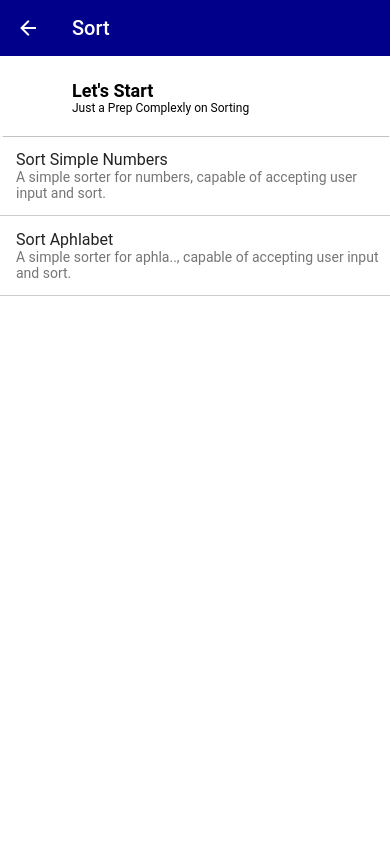
Repository: seyicoded/rn-crazy-algorithm-app
Screen: /, after clicking the first element matching `div.r-transitionProperty-1i6wzkk`
An editor plug-in stored every save of this project. The screen is shown before and after the next save, followed by the edit.
The app was drawn by React Native's web renderer in a window 390 px wide. The project was rebuilt for these pictures with package versions that can differ from the ones it lists, and the page was loaded fresh each time. Also part of the build but not shown: src/screens/filter.js, src/screens/advance.js.

Above is the screen before, as saved 2022-03-30 17:14:58.

After the next save:
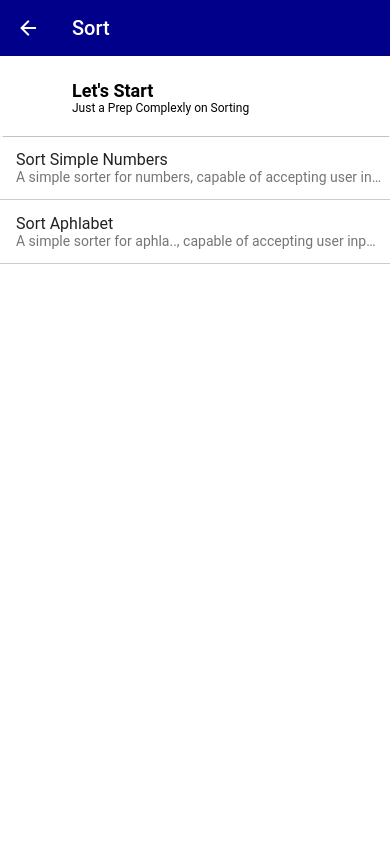
Saved 33 s later.
--- a/src/screens/sort.js
+++ b/src/screens/sort.js
@@ -51,6 +51,7 @@ export default function Sort({route, navigation}) {
             <List.Item
             title={item.title}
             description={item.dscription}
+            descriptionNumberOfLines={1}
             style={styles.list}
             // left={props => <List.Icon {...props} icon="folder" />}
           />
